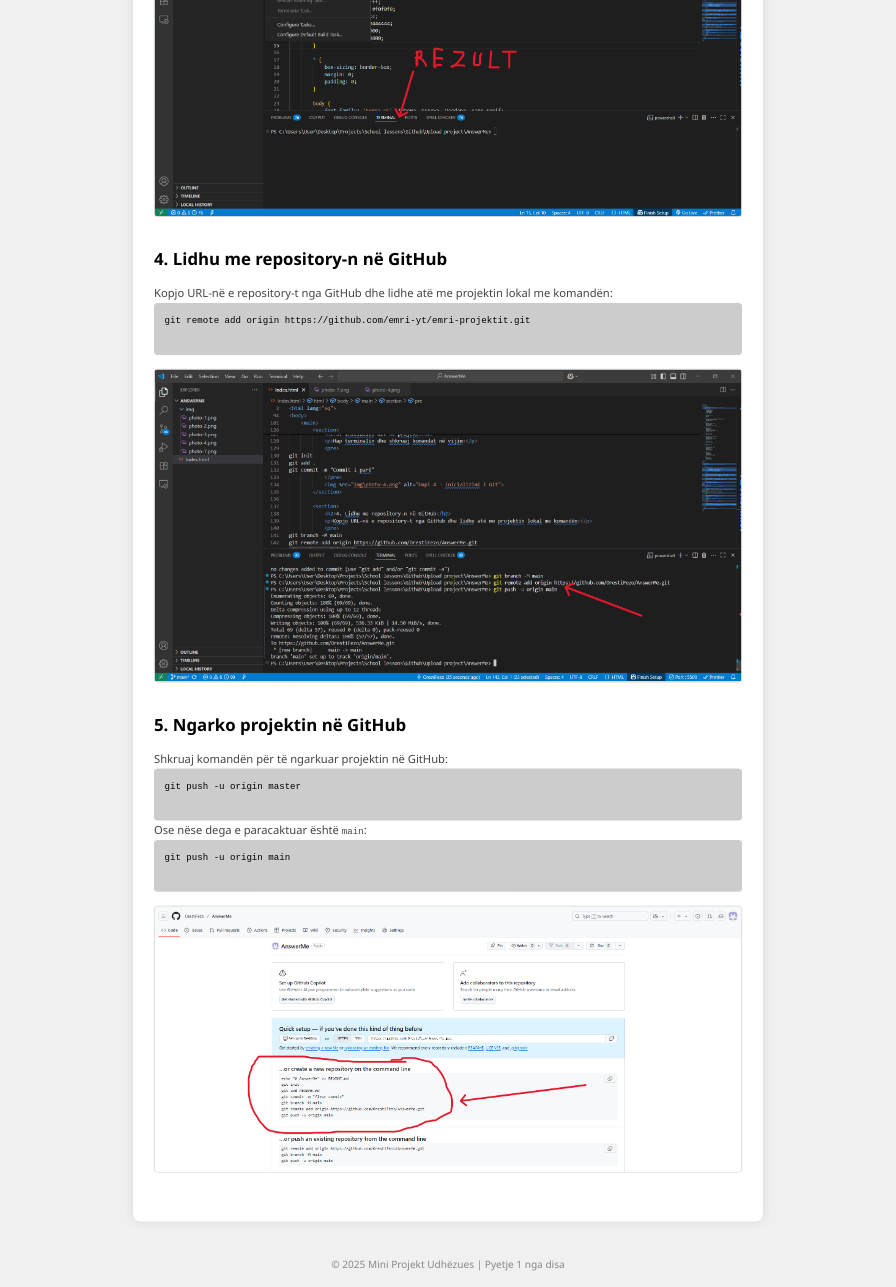
Repository: OrestiFezo/AnswerMe
Page: Index.html
These files come from the project's save history. The page is drawn as it stood at one moment and after a run of saves; the edit follows.
The browser window is 1280 px wide. The pictures show the part of the page from y = 2920 to 4840 px (the page is 4759 px tall before and 4840 px after), at 70% of full size.

Above is the page before, as saved 2025-07-13 19:54:08.

After the next 3 saves:
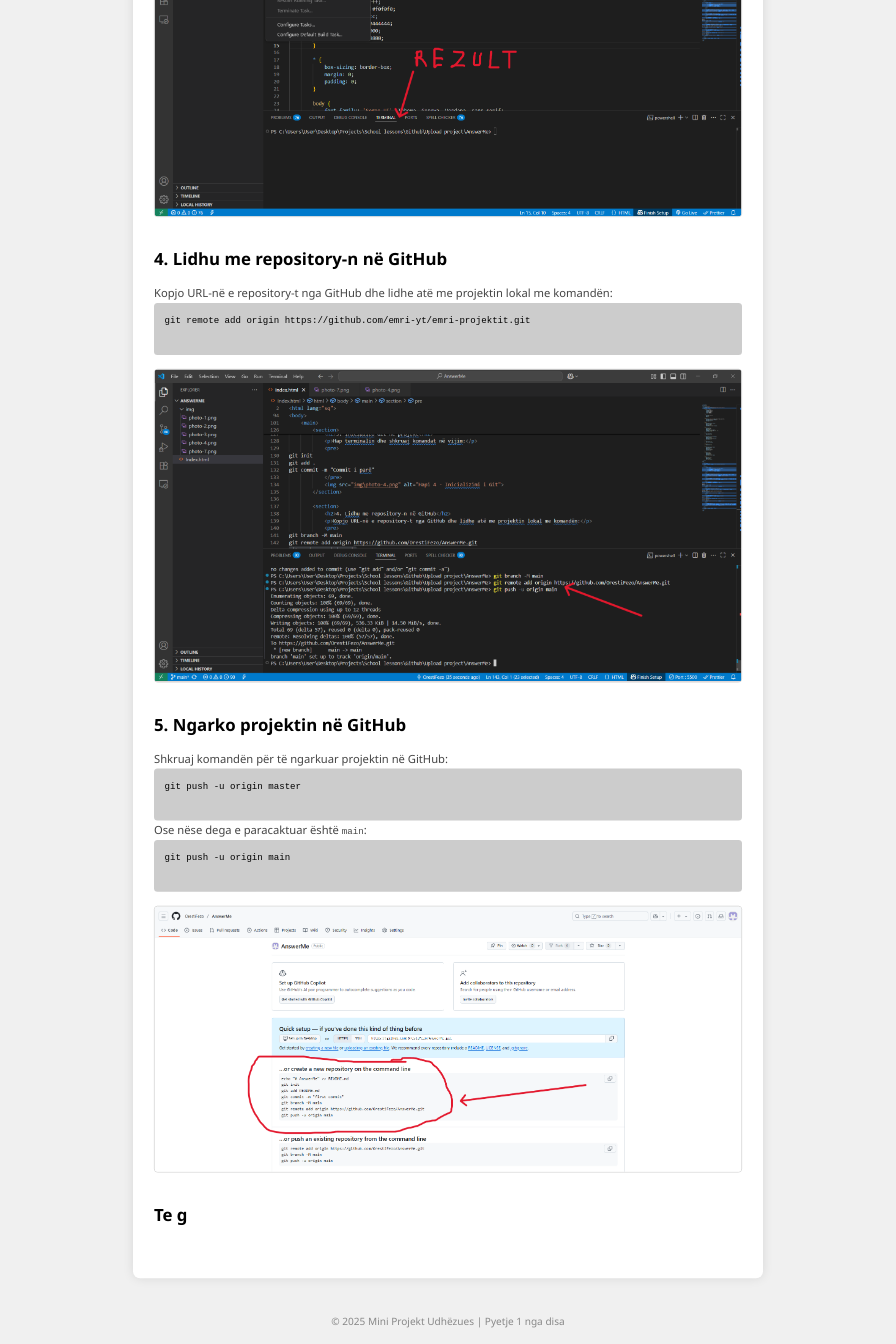
The 3 saves are shown as one change because they came seconds apart.
The last was saved 7 s later.
--- a/Index.html
+++ b/Index.html
@@ -157,7 +157,7 @@
         </section>
 
         <section>
-
+            <h2>Te g</h2>
         </section>
     </main>
 
